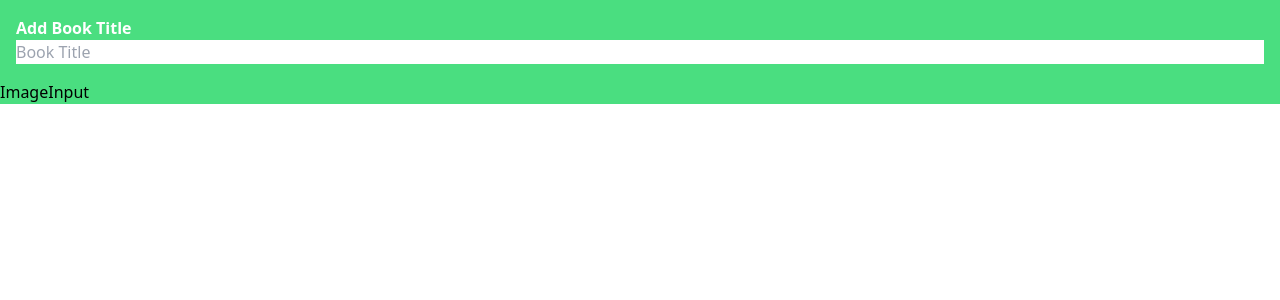
Repository: Marhamat92/booksappwithcontext
Page: /
An editor plug-in stored every save of this project. The page is shown before and after the next save, followed by the edit.
The browser window is 1280 px wide. The pictures show the whole page.
The project was rebuilt for these pictures with package versions that can differ from the ones it lists, and the page was loaded fresh each time. Also part of the build but not shown: src/App.css.

Above is the page before, as saved 2022-12-07 13:58:47.

### src/App.tsx
import "./App.css";
import ImageInput from "./components/Inputs/ImageInput";
import TextInput from "./components/Inputs/TextInput";

function App() {
  return (
    <div>
      <div className='bg-green-400'>
        <TextInput label='Add Book Title' placeholder='Book Title' />
        <ImageInput />
      </div>
    </div>
  );
}

export default App;

### src/components/Inputs/ImageInput.tsx
import React from "react";

type Props = {};

function ImageInput({}: Props) {
  return <div>ImageInput</div>;
}

export default ImageInput;

### src/components/Inputs/TextInput.tsx
import React from "react";

type Props = {
  label: string;
  placeholder: string;
};

function TextInput({ label, placeholder }: Props) {
  return (
    <div className='flex flex-col px-4 py-4'>
      <label className='text-white font-bold' htmlFor='text'>
        {label}
      </label>
      <input type='text' placeholder={placeholder} />
    </div>
  );
}

export default TextInput;

Loaded but not shown: public/index.html (common file); src/index.tsx (common file); src/index.css (common file); tailwind.config.js (common file)

After the next save:
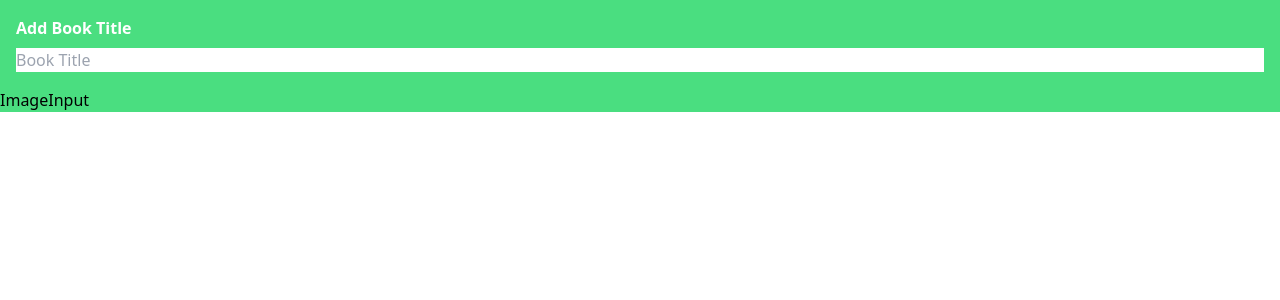
Saved 15 s later.
--- a/src/components/Inputs/TextInput.tsx
+++ b/src/components/Inputs/TextInput.tsx
@@ -8,7 +8,7 @@ type Props = {
 function TextInput({ label, placeholder }: Props) {
   return (
     <div className='flex flex-col px-4 py-4'>
-      <label className='text-white font-bold' htmlFor='text'>
+      <label className='text-white font-bold mb-2' htmlFor='text'>
         {label}
       </label>
       <input type='text' placeholder={placeholder} />
